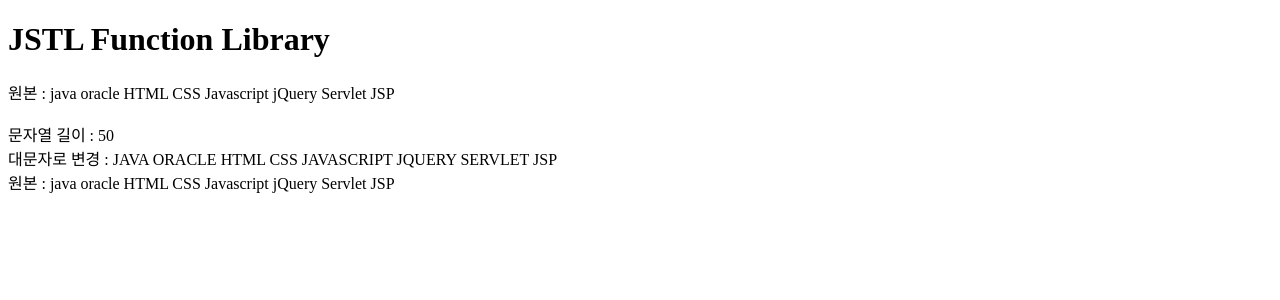
Repository: Parknogyung/Backend
Page: http://localhost/03_EL_JSTL/views/actiontag/jstl/function.jsp
These files come from the project's save history. The page is drawn as it stood at one moment and after the next save; the edit follows.
The browser window is 1280 px wide. The pictures show the whole page.
The page is served by Tomcat 9.

Above is the page before, as saved 2022-07-14 01:49:43.

After the next save:
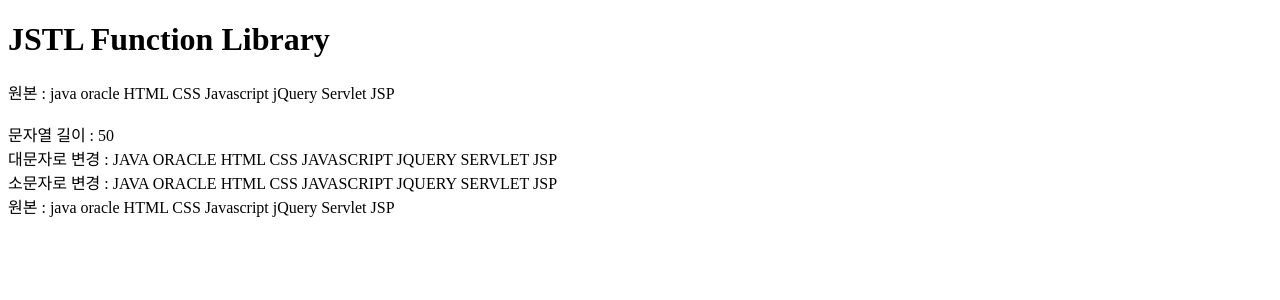
Saved 39 s later.
--- a/03_EL_JSTL/src/main/webapp/views/actiontag/jstl/function.jsp
+++ b/03_EL_JSTL/src/main/webapp/views/actiontag/jstl/function.jsp
@@ -18,6 +18,7 @@
 
 	문자열 길이 : ${fn:length(str) } <br>
 	대문자로 변경 : ${fn:toUpperCase(str) } <br>
+	소문자로 변경 : ${fn:toUpperCase(str) } <br>
 
 	원본 : ${str } <br> <br>
 </body>
